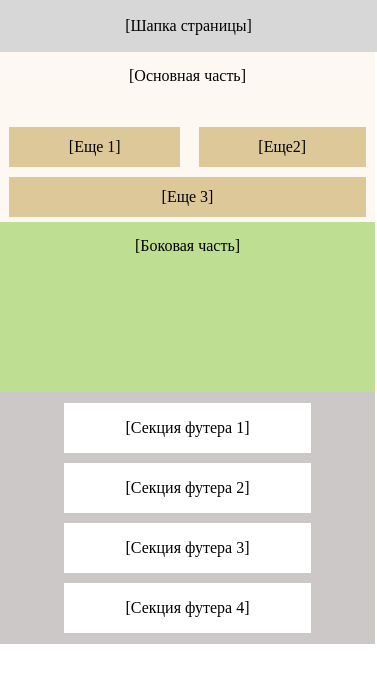
Repository: VictoriSyh/week7
Page: index_adapt.html
These files come from the project's save history. The page is drawn as it stood at one moment and after the next save; the edit follows.
The browser window is 375 px wide. The page is 377 px wide, so the pictures cover 377 px, including what lies to the right of the window. The pictures show the whole page.

Above is the page before, as saved 2025-01-02 18:25:07.

### index_adapt.html
<!DOCTYPE html>
<html lang="ru">
<head>
    <link rel="stylesheet" href="/styles/normalize.css">
    <link rel="stylesheet" href="./styles/style_adapt.css">
    <meta charset="UTF-8">
    <meta name="viewport" content="width=device-width, initial-scale=1.0">
    <link rel="shortcut icon" href="https://www.svgrepo.com/show/529024/home-wifi-angle.svg"
    type="image/svg">
    <title>Домашняя работа</title>
</head>
<body>
<header>
    [Шапка страницы]
</header>
    <main>
<div class="mainpart">
    <div class="left">
    <div class="block">[Основная часть]</div>
    <div class="one">[Еще 1]</div>
    <div class="two">[Еще2]</div>
    <div class="three">[Еще 3]</div>
</div>
<div class="right_block">
    <div class="text">[Боковая часть]</div>
</div>
</div>

</main>
    <footer>
        <div class="section">[Секция футера 1]</div>
        <div class="section">[Секция футера 2]</div>
        <div class="section">[Секция футера 3]</div>
        <div class="section">[Секция футера 4]</div>
    </footer>
</body>
</html

### styles/style_adapt.css
header{
    display: grid;
    align-items: center;
    justify-items: center;
    border: 1px solid rgb(215, 215, 215);
    background-color: rgb(215, 215, 215);
    height: 50px;
    width: 100%;
}
main{
    display: grid;
    width: 100%;
}

.mainpart{
    display: grid;
    grid-template-columns: 33% 33% 33%;
}

.left{
    display: grid;
    grid-template-rows: 70px 50px 50px;
    grid-column:1/3;
    background-color:rgb(253, 249, 242)
}

.block{
    display: grid;
    grid-row: 1/2;
    grid-column:1/3;
    margin: 15px;
    text-align: center;
}

.right_block{
    grid-row: 1/2;
    grid-column:3/4;
    background-color: rgb(190, 222, 145);
    text-align: center;
}

.text{
    margin: 15px;
}

.three{
    display: grid;
    grid-row: 3/4;
    grid-column:1/3;
    place-items: center;
    margin: auto;
    background-color: rgb(220, 200, 153);
    width: 95%;
    height: 80%;
}

.one{
    display: grid;
    grid-row: 2/3;
    grid-column:1/2;
    place-items: center;
    margin: auto;
    background-color: rgb(220, 200, 153);
    width: 90%;
    height: 80%;
}

.two{
    display: grid;
    grid-row: 2/3;
    grid-column:2/3;
    place-items: center;
    margin: auto;
    background-color: rgb(220, 200, 153);
    width: 90%;
    height: 80%;
}

footer{
    display: grid;
    grid-template-columns: repeat(auto-fit, minmax(200px, 1fr));
    gap: 10px;
    padding: 10px;
    justify-items: center;
    align-items: center;
    border: 1px solid rgb(204, 200, 200);
    background-color: rgb(204, 200, 200);
}
.section{
    display: grid;
    background-color: white;
    width: 70%;
    height: 50px;
    place-items: center;
}

/*Адаптация*/

/*Tablet*/
@media screen and (max-width: 850px) {
    footer{
        display: grid;
        grid-template-columns: 1fr 1fr;
        grid-template-rows: 1fr 1fr;
    }
}

/*Mobile*/
@media screen and (max-width: 426px) {
    footer{
        display: grid;
        grid-template-columns: 1fr;
        grid-template-rows: 1fr 1fr 1fr 1fr;
    }

    .mainpart{
        display: grid;
        grid-template-columns: 1fr;
        grid-template-rows: 1fr 1fr;
    }

    .right_block{
        grid-row: 2/3;
        grid-column:1/4;
    }

}

Loaded but not shown: styles/normalize.css (library)

After the next save:
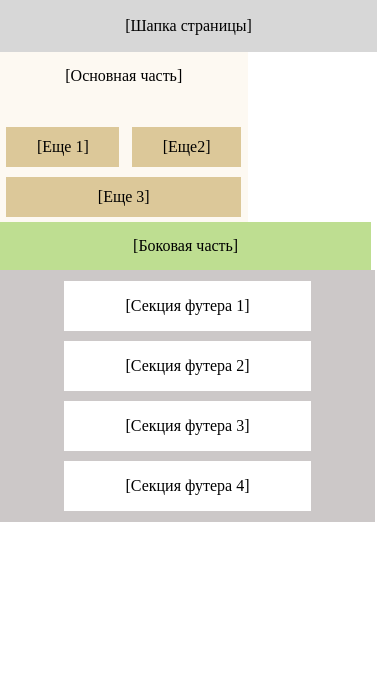
Saved 4 s later.
--- a/styles/style_adapt.css
+++ b/styles/style_adapt.css
@@ -113,11 +113,7 @@
         grid-template-rows: 1fr 1fr 1fr 1fr;
     }
 
-    .mainpart{
-        display: grid;
-        grid-template-columns: 1fr;
-        grid-template-rows: 1fr 1fr;
-    }
+
 
     .right_block{
         grid-row: 2/3;

After the save that followed:
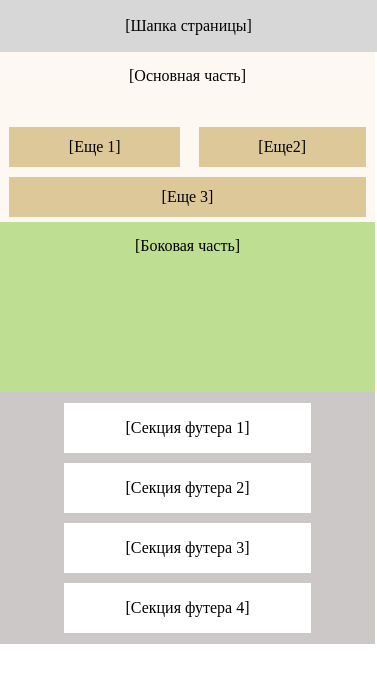
Saved 4 s later.
--- a/styles/style_adapt.css
+++ b/styles/style_adapt.css
@@ -113,7 +113,11 @@
         grid-template-rows: 1fr 1fr 1fr 1fr;
     }
 
-
+    .mainpart{
+        display: grid;
+        grid-template-columns: 1fr;
+        grid-template-rows: 1fr 1fr;
+    }
 
     .right_block{
         grid-row: 2/3;
